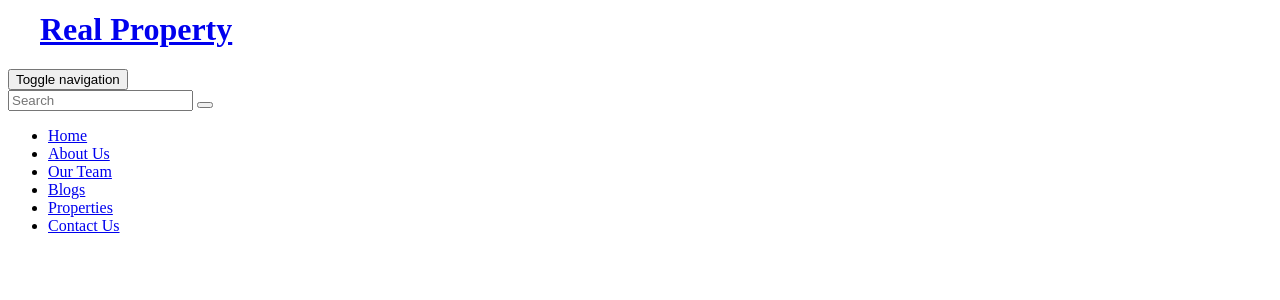
Repository: Apeksha14/AngularAppExample
Page: public/templates/header.html
The author's editor kept a copy of each file at every save. The page is drawn from the files as they stood at one save, then again after the next save.
The browser window is 1280 px wide. The pictures show the whole page.

Above is the page before, as saved 2017-05-01 16:41:23.

### public/templates/header.html
<div class="header" id="home">
		<div class="container">
			<div class="logo">
				<h1><a href="index.html"><i><img src="images/logo.png" alt="" /></i>Real Property</a></h1>
			</div>

			<div class="header-left">
				<nav class="navbar navbar-default">
					<!-- Brand and toggle get grouped for better mobile display -->
					<div class="navbar-header">
					  <button type="button" class="navbar-toggle collapsed" data-toggle="collapse" data-target="#bs-example-navbar-collapse-1">
						<span class="sr-only">Toggle navigation</span>
						<span class="icon-bar"></span>
						<span class="icon-bar"></span>
						<span class="icon-bar"></span>
					  </button>
					</div>

					<!-- Collect the nav links, forms, and other content for toggling -->
					<div class="collapse navbar-collapse nav-wil" id="bs-example-navbar-collapse-1">

						<div class="header-right-search">
							<form ng-submit="sub()">
								<input type="text" ng-model="formData.desc" placeholder="Search" required="" />
								<button type="submit" ng-click="sub(desc)"></button>
							</form>
						</div>

						<nav class="link-effect-9" id="link-effect-9">
							<ul class="nav navbar-nav">
								<li class="active"><a class="hvr-overline-from-center scroll" href="index.html">Home</a></li>
								<li><a href="#about" class="hvr-overline-from-center scroll">About Us</a></li>
								<li><a href="#faq" class="hvr-overline-from-center scroll">Our Team</a></li>
								<li><a href="#blogs" class="hvr-overline-from-center scroll">Blogs</a></li>
								<li><a href="#properties" class="hvr-overline-from-center scroll">Properties</a></li>
								<li><a href="#contact" class="hvr-overline-from-center scroll">Contact Us</a></li>
							</ul>
						</nav>
					</div>
					<!-- /.navbar-collapse -->
				</nav>
			</div>
		</div>
	</div>
<!-- //header -->

After the next save:
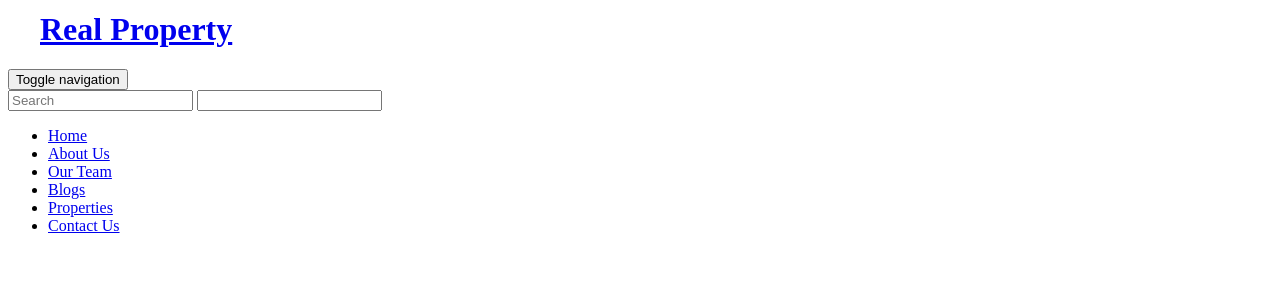
Saved 2 min 10 s later.
--- a/public/templates/header.html
+++ b/public/templates/header.html
@@ -22,7 +22,7 @@
 						<div class="header-right-search">
 							<form ng-submit="sub()">
 								<input type="text" ng-model="formData.desc" placeholder="Search" required="" />
-								<button type="submit" ng-click="sub(desc)"></button>
+								<input type="search" ng-click="sub(desc)"></button>
 							</form>
 						</div>
 
